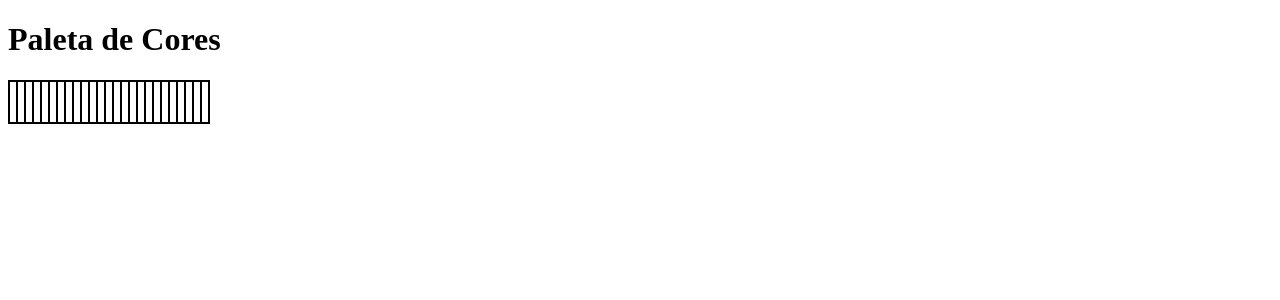
Repository: MuriloColleti/project-Pixer-Art
Page: index.html
These files come from the project's save history. The page is drawn as it stood at one moment and after the next save; the edit follows.
The browser window is 1280 px wide. The pictures show the whole page.

Above is the page before, as saved 2024-02-05 16:02:27.

After the next save:
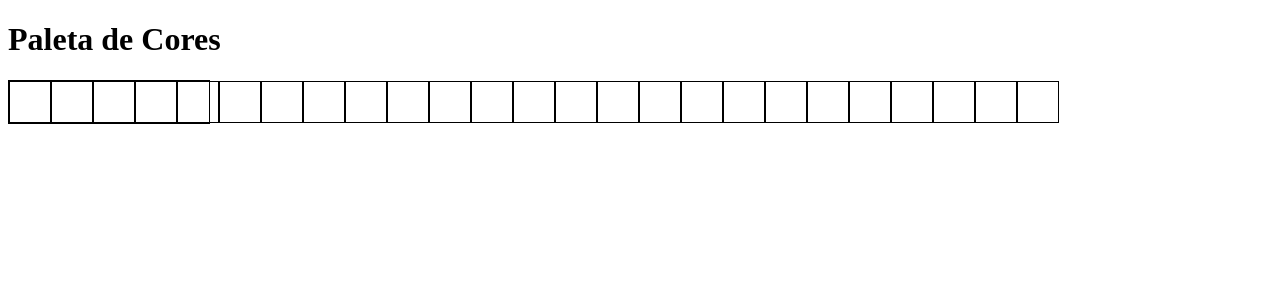
Saved 10 s later.
--- a/style.css
+++ b/style.css
@@ -15,7 +15,7 @@
 }
 
 .pixel{
-    width: 40px;
+    min-width: 40px;
     height: 40px;
     border: 1px solid black;
 }
